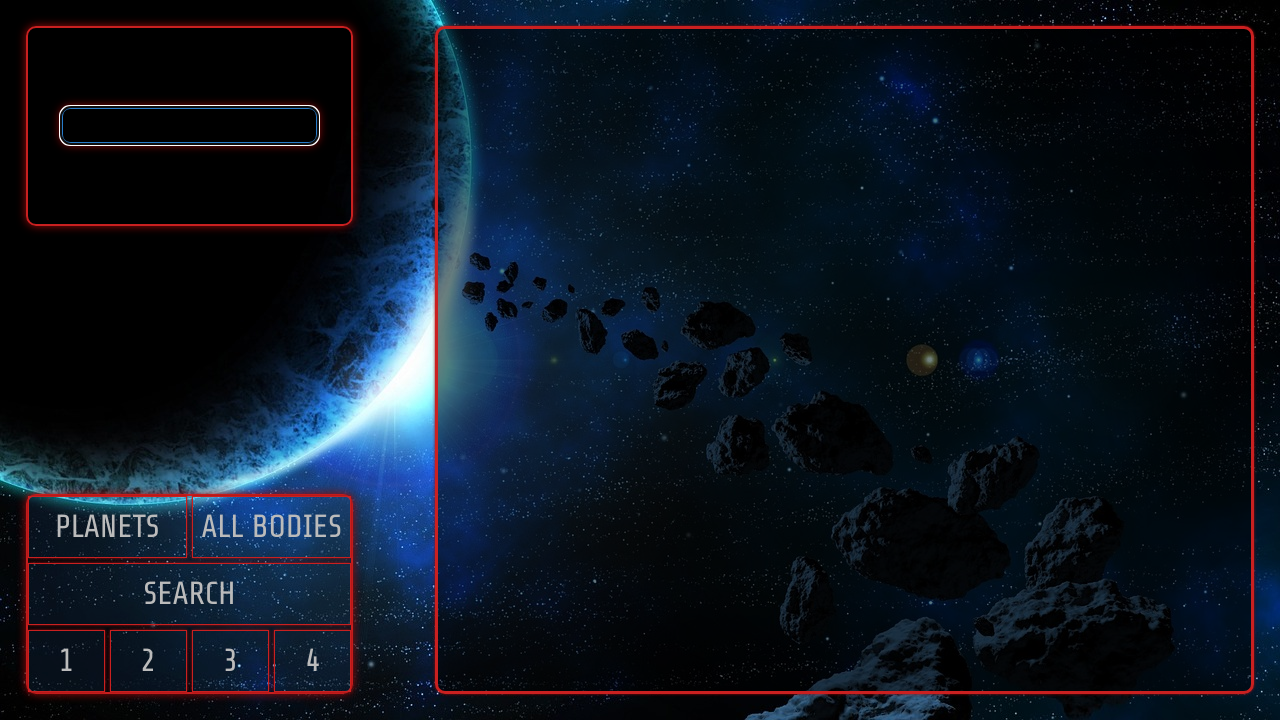
Repository: Przemek-Szadkowski/space-bodies
Page: /
The author's editor kept a copy of each file at every save. The page is drawn from the files as they stood at one save, then again after the next save.
The browser window is 1280 px wide. The pictures show the whole page.
The first visible `.search input` has the focus.
The page's requests for data from a server got no answer. The project was rebuilt for these pictures with package versions that can differ from the ones it lists, and the page was loaded fresh each time. No one was signed in, and anything a server would have sent is missing. Also part of the build but not shown: src/components/BodieRecord.js.

Above is the page before, as saved 2021-11-27 14:52:43.

### public/index.html
<!DOCTYPE html>
<html lang="en">
  <head>
    <meta charset="utf-8" />
    <meta name="viewport" content="width=device-width, initial-scale=1" />
    <meta />
    <title>Space-bodies</title>
    <link
      href="https://fonts.googleapis.com/css2?family=Share+Tech&display=swap"
      rel="stylesheet"
    />
  </head>
  <body>
    <noscript>You need to enable JavaScript to run this app.</noscript>
    <div id="root"></div>
  </body>
</html>

### src/index.css
* {
  margin: 0;
  padding: 0;
  box-sizing: border-box;
  font-family: "Share Tech", sans-serif;
}

body {
  height: 100vh;
  width: 100%;
  background-image: url(./images/space-g1a6520065_1280.jpg);
  background-position: center;
  background-repeat: no-repeat;
  background-size: cover;
  overflow: hidden;
  transition: 1s;
}

main {
  height: 100vh;
  width: 100%;
  padding: 2%;
  display: grid;
  grid-template-columns: 1fr 2fr;
  grid-template-rows: 1fr 1fr;
}

/***DASHBOARD ***/

.dashboard {
  display: grid;
  grid-template-columns: repeat(4, 1fr);
  grid-template-rows: repeat(3, 1fr);
  column-gap: 5px;
  row-gap: 5px;
  align-self: end;
  justify-self: start;
  grid-area: 2/1/3/2;
  height: 200px;
  width: 80%;
  border: 2px solid rgb(202, 32, 32);
  border-radius: 10px;
  box-shadow: 0 0 10px rgb(155, 11, 11);
}

.dashboard__btn {
  display: flex;
  justify-content: center;
  align-items: center;
  height: 100%;
  width: 100%;
  color: #bbb;
  font-size: 2rem;
  border: 1px solid rgb(202, 32, 32);
  box-shadow: 0 0 3px rgb(155, 11, 11);
  background-color: transparent;
  transition: 0.5s;
  text-transform: uppercase;
  background-color: rgba(39, 123, 201, 0.1);
}

.dashboard__btn:hover {
  cursor: pointer;
  box-shadow: 0 0 30px rgb(155, 11, 11);
  color: rgba(202, 32, 32, 0.9);
  background-color: rgba(0, 0, 0, 0.3);
}

.dashboard__btn__main:nth-child(1) {
  grid-column: 1/3;
}

.dashboard__btn__main:nth-child(2) {
  grid-column: 3/5;
}

.dashboard__btn__start {
  grid-column: 1/5;
}

/*** MAIN TEXT AREA ***/

.text {
  display: flex;
  justify-content: center;
  align-items: center;
  grid-area: 1/2/3/3;
  height: 100%;
  width: 100%;
  border: 3px solid rgb(202, 32, 32);
  box-shadow: 0 0 3px rgb(155, 11, 11);
  border-radius: 10px;
  background-color: rgba(0, 0, 0, 0.5);
  overflow: scroll;
  -ms-overflow-style: none; /* IE and Edge */
  scrollbar-width: none; /* Firefox */
}

.text::-webkit-scrollbar {
  display: none; /* Chrome, Opera */
}

.mainList {
  width: 99%;
  height: 100%;
  padding: 5px 0;
  border-radius: 10px;
  display: grid;
  grid-template-columns: repeat(4, 1fr);
  grid-template-rows: auto;
  gap: 7px;
}

.record {
  color: rgba(202, 32, 32, 0.7);
  width: 100%;
  display: grid;
  grid-template-columns: 1fr;
  grid-template-rows: 1fr;
  background-color: rgba(39, 123, 201, 0.1);
  border: 2px solid rgb(6, 32, 56);
  border-radius: 10px;
  padding: 15px;
  transition: 0.5s;
}

.record:hover {
  cursor: pointer;
  background-color: rgba(39, 123, 201, 0.3);
  color: rgba(202, 32, 32, 0.9);
}

.record p {
  width: 100%;
  font-size: 1.8rem;
  margin-left: 20px;
  margin-bottom: 10px;
}

.record p.bodie-data {
  font-size: 1rem;
  color: #bbb;
  margin-bottom: 0px;
}

/*** SEARCH INPUT ***/

.search {
  display: grid;
  grid-template-columns: 1fr;
  grid-template-rows: 1fr;
  justify-items: center;
  align-items: center;
  grid-area: 1/1/2/2;
  height: 200px;
  width: 80%;
  border: 2px solid rgb(202, 32, 32);
  border-radius: 10px;
  box-shadow: 0 0 10px rgb(155, 11, 11);
}

.search input {
  height: 20%;
  width: 80%;
  border: 2px solid rgb(202, 32, 32);
  border-radius: 10px;
  box-shadow: 0 0 10px rgb(155, 11, 11);
  background-color: transparent;
  color: #fff;
  font-size: 1.2rem;
  padding: 0 10px;
}

.search input:focus {
  border: 3px solid rgb(39, 123, 201);
}

### src/App.js
import React, { useState, useEffect } from 'react';
import BodiesTable from "./components/BodiesTable";
import Dashboard from "./components/Dashboard";
import SearchInput from './components/SearchInput';

const ENDPOINT = 'https://api.le-systeme-solaire.net/rest/bodies/';

function App() {

  const [bodies, setBodies] = useState([]);
  const [arePlanets, setArePlanets] = useState(false);
  const [isSearchInput, setIsSearchInput] = useState(true);

  const getData = async () => {
    const response = await fetch(ENDPOINT);
    const bodiesData = await response.json();
    setBodies(bodiesData);
  }

  const showPlanets = () => {
    setArePlanets(true);
  }

  const showAllBodies = () => {
    setArePlanets(false);
  }

  const showSearchInput = () => {
    setIsSearchInput(true);
  }

  const hideSearchInput = () => {
    setIsSearchInput(false);
  }

  useEffect(() => {
      getData();
  }, []);

  return (
    <main>
      {isSearchInput ? <SearchInput/> : null}
      <Dashboard showPlanets={showPlanets} showAllBodies={showAllBodies}/>
      <BodiesTable bodies={arePlanets ? bodies.bodies.filter(body => body.isPlanet) : bodies.bodies}/>
    </main>
  );
}

export default App;

### src/components/BodiesTable.js
import React from 'react';
import BodieRecord from './BodieRecord';

export default function BodiesTable(props) {
    return (
        <div className="text">
            <div className="mainList">
               {props.bodies && props.bodies.map( bodie => {
                   return <BodieRecord key={bodie.id} data={bodie}/>
               })}
            </div>
        </div>
    )
}

### src/components/Dashboard.js
import React from 'react'

export default function Dashboard(props) {
    return (
        <div className="dashboard">
            <button
            className="dashboard__btn dashboard__btn__main dashboard__btn__main__planets" onClick={props.showPlanets}>Planets</button>
            <button className="dashboard__btn dashboard__btn__main" onClick={props.showAllBodies}>All bodies</button>
            <button className="dashboard__btn dashboard__btn__start">Search</button>
            <button className="dashboard__btn dashboard__btn__options">1</button>
            <button className="dashboard__btn dashboard__btn__options">2</button>
            <button className="dashboard__btn dashboard__btn__options">3</button>
            <button className="dashboard__btn dashboard__btn__options">4</button>
        </div>
    )
}

### src/components/SearchInput.js
import React from 'react'

export default function SearchInput() {
    return (
        <div className="search">
            <input type="search" />
        </div>
    )
}

Loaded but not shown: src/index.js (common file)

After the next save:
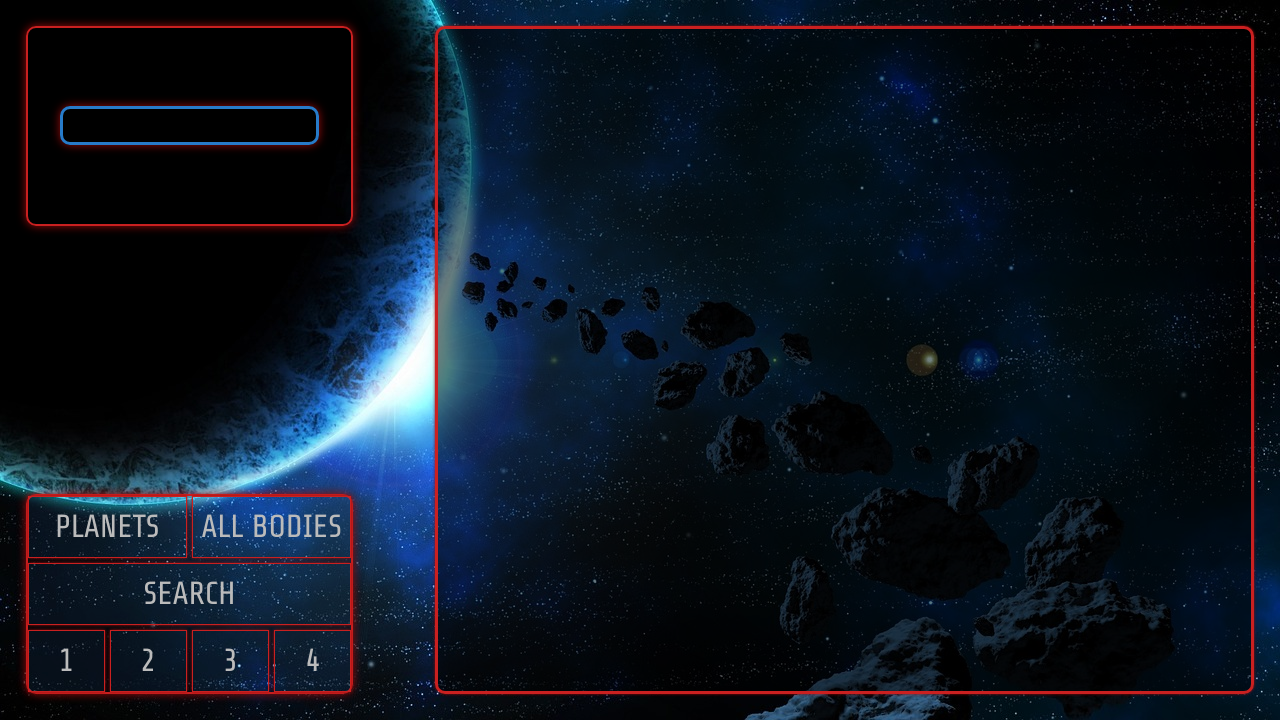
Saved 115 s later.
--- a/src/index.css
+++ b/src/index.css
@@ -172,5 +172,6 @@ main {
 }
 
 .search input:focus {
+  outline: none;
   border: 3px solid rgb(39, 123, 201);
 }
